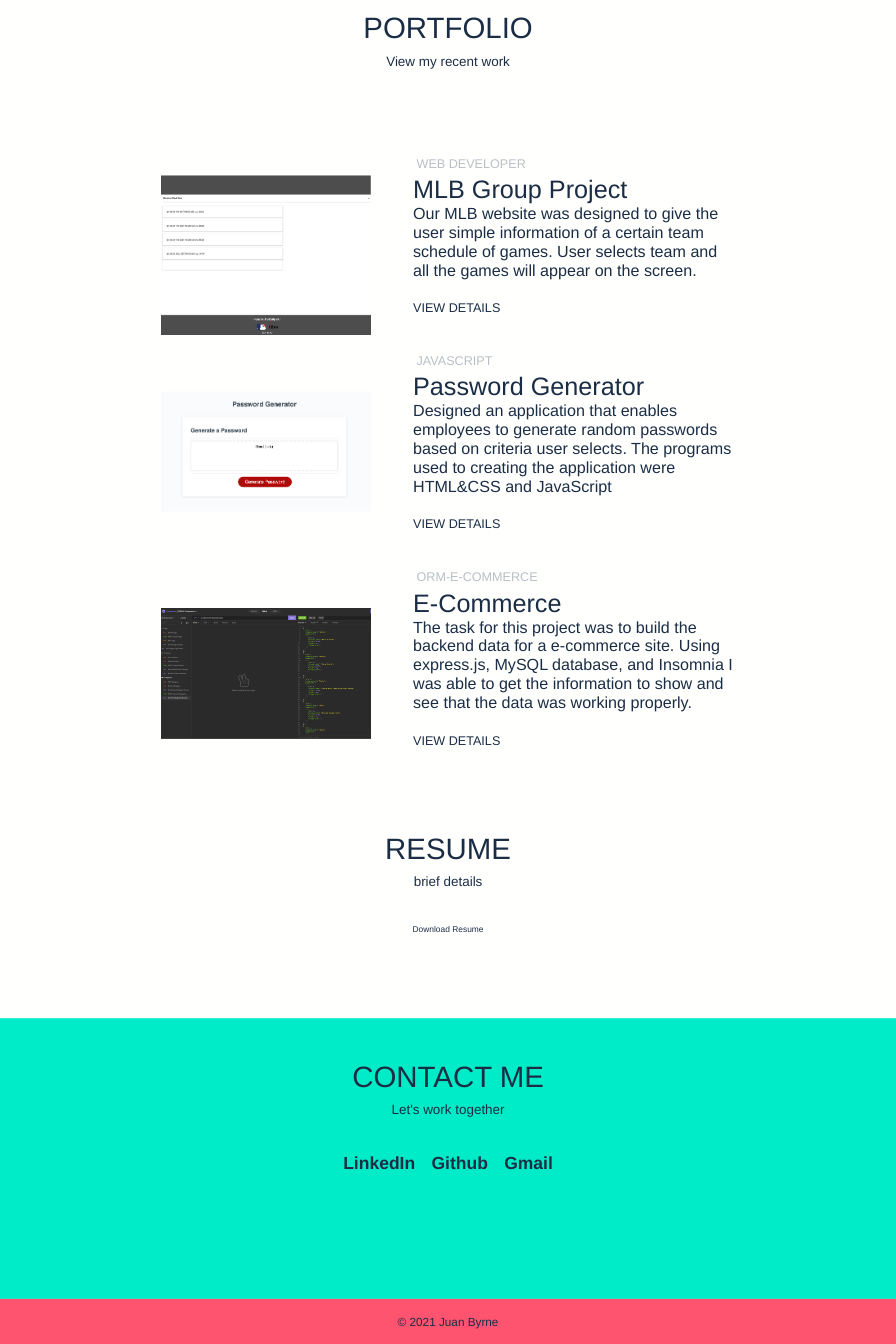
Repository: jb150524/JB-Portfolio
Page: index.html
The author's editor kept a copy of each file at every save. The page is drawn from the files as they stood at one save, then again after the next save.
The browser window is 1280 px wide. The pictures show the part of the page from y = 2342 to 4262 px (the page is 4265 px tall before and 4345 px after), at 70% of full size.
Some web libraries are served in a nearby version.

Above is the page before, as saved 2021-09-25 21:38:31.

### index.html
<!DOCTYPE html>
<!-- saved from url=(0053)file:///Users/jja/FullStack_HW/juanwebsite/index.html -->

    <html lang="en"><head><meta http-equiv="Content-Type" content="text/html; charset=UTF-8">

    <meta http-equiv="X-UA-Compatible" content="IE=edge">
    <meta name="viewport" content="width=device-width, initial-scale=1.0">

    <!-- CSS style sheet -->
    <link rel="stylesheet" href="style.css">

    <!-- adding icons  -->
    <script src="https://kit.fontawesome.com/11dfd97c40.js" crossorigin="anonymous"></script>

    <title>Juan's Portfolio</title>
    </head>

    <body>
      <header>
      <nav class="top-nav">
        <ul class="nav-list">
        <li>
        <a href="file:///Users/jja/FullStack_HW/juanwebsite/index.html">Home</a>
        <a href="file:///Users/jja/FullStack_HW/juanwebsite/index.html#about">About</a>
        <a href="file:///Users/jja/FullStack_HW/juanwebsite/index.html#portfolio">Portfolio</a>
        <a href="file:///Users/jja/FullStack_HW/juanwebsite/index.html#resume">Resume</a>
        <a href="file:///Users/jja/FullStack_HW/juanwebsite/index.html#contact">Contact</a>
        </li>
        </ul>
      </nav>

    <div class="main">
      <div class="landing-text">
        <h1>JuanByrne</h1>
        <h6>Graphic Designer and Full Stack Web Developer</h6>
      </div>
    </div>
    </header>

    <section class="about" id="about">
      <div class="container">
          <a class="about-details">
        <div class="about-heading">
          <h1>About</h1>
          <h6>Myself</h6>
        </div>
          <p>
          I'm a Graphic Designer trying to become a full stack developer. I am from Guadalajara, Mexico. I was born in Mexico, but at a young age I moved to the USA. One of my favorite hobbies is playing competative soccer. Playing soccer has taught me perseverance, how to be a team player, and most importantly how to lose. I currently live in Wayne, Pennsylvania, but have previously lived in Guadalajara, Mexico and Orange County, California. I want to become a web developer because I want to learn a skill that motivates me and pushes me to try new things. I am excited about web developing and want a career that gives me a spark, like I get when I play soccer, with competitiveness, passion, and the belief that I can succeed.
          </p>
          </a>
      </div>
    </section>

      <a class="about-details">
        <section class="experience" id="experience">
            <div class="container">
              <div class="section-heading">
                <h1>Experience</h1>
                <h6>What I can do for you</h6>
              </div>
          <div class="my-skills">
          <div class="skills" alt ="">
            <div class="icon-container">
              <i class="fas fa-layer-group"></i>
            </div>
            <h1>Graphic Designer</h1>
            <p>
            I'm a Graphic Designer with two years of experience working in the advertising industry. Possesses a high degree of competence using programs such as Adobe Photoshop, InDesign, Illustrator, and HTML & CSS.
            </p>
          </div>

        <div class="skills">
          <div class="icon-container">
            <i class="fas fa-laptop-code"></i>
          </div>
              <h1>Web Development</h1>
              <p>
              I'm a full stack developer. I have a strong understanding and concepts in web development: HTML5&CSS, JavaScript, jQuery, command lines, API consumption and much more.
              </p>
            </div>
          </div>
        </div>
      </section>
    </a>

      <section class="portfolio" id="portfolio"><a class="about-details"></a>
        <div class="container"><a class="about-details">
          <div class="section-heading">
            <h1>Portfolio</h1>
            <h6>View my recent work</h6>
            </a>
            </div>
          </div>
          <div class="portfolio-item"><a class="about-details">
            <div class="portfolio-img has-margin-right">
              <img src="images/MLB Site.png" alt="">
            </a>
            </div>
              <div class="portfolio-description"><a class="about-details">
              <h6>Web Developer</h6>
              <h1>MLB Group Project</h1>
              <p>
              Our MLB website was designed to give the user simple information of a certain team schedule of games. User selects team and all the games will appear on the screen.
              </p>
              </a>
            <a href="file:///Users/jja/FullStack_HW/juanwebsite/index.html#" class="cta"> View Details</a>
        </div>
      </div>
    <div>

     <div class="portfolio-item">
          <div class="portfolio-img has-margin-right">
            <img src="images/passGenerator.png" alt="">
            </div>
            <div class="portfolio-description">
            <h6>Javascript</h6>
            <h1>Password Generator</h1>
            <p>
            Designed an application that enables employees to generate random passwords based on criteria user selects. The programs used to creating the application were HTML&CSS and JavaScript
            </p>
            <a href="file:///Users/jja/FullStack_HW/juanwebsite/index.html#" class="cta"> View Details</a>
            </div>
        </div>

      <div>
          <div class="portfolio-item">
            <div class="portfolio-img has-margin-right">
              <img src="images/E-Commerce.png" alt="">
              </div>
              <div class="portfolio-description">
              <h6>ORM-E-Commerce</h6>
              <h1>E-Commerce</h1>
              <p>
              The task for this project was to build the backend data for a e-commerce site. Using express.js, MySQL database, and Insomnia I was able to get the information to show and see that the data was working properly.
              </p>
              <a href="file:///Users/jja/FullStack_HW/juanwebsite/index.html#" class="cta"> View Details</a>
            </div>
          </div>
      </div>
    </section>

    <section class="resume" id="resume">
      <div class="container">
        <div class="section-heading">
          <h1>Resume</h1>
          <h6>brief details</h6>
          <!-- <input type="button" value="Download!"> -->
          <a href="./images/FullStackDeveloper2021Resume.pdf" class="cta">Download Resume</a>
        </div>
      </div>

    <section class="contact" id="contact">
        <div class="container">
          <div class="section-heading">
          <h1>Contact Me</h1>
          <ul>
          <li>
          <h6>Let's work together</h6>
          <a href="https://www.linkedin.com/in/juan-byrne-43869ab7/">LinkedIn</a>
          <a href="https://github.com/jb150524">Github</a>
          <a href="file:///Users/jja/FullStack_HW/juanwebsite/juan1505@gmail.com">Gmail</a>
          </li>
          </ul>
        </div>
       </div>
    </section>

    <footer class="copyright">
      <p>© 2021 Juan Byrne</p>
    </footer>
  </section>


</body>
</html

### style.css
/* Start global*/

* {
    margin: 0;
    padding: 0;
    box-sizing: border-box;
}

html {
    font-size: 12px;
    font-family: Helvetica, sans-serif;
    /* color: rgb(255, 255, 255); */
}

body {
    width: 100%;
    height: 100%;
    background-color: #fffffe;
    background-size: cover;
}

section {
    padding: 60px 0;
}

h6 {
    color: #1b2d45;
    margin: 5px;
}

a {
    text-decoration: none;
    color: #1b2d45;
}

.cta {
    display: inline-block;
    paddin
}

p {
   font-size: 23px;
   font-weight: 300;
   color: #1b2d45;
}



img {
    max-width: 100%;
    height: auto;
}

.main {
    padding: 16px;
    margin-top: 30px;
    height: 1500px; /* Used in this example to enable scrolling */
  }

/* Start reusable*/

.container {
    width: 50%;
    max-width: 120rem;
    height: 100%;
    margin: 0 auto;
    position: relative;
}

.container-details p {
    font-size: 200px;
    padding: 35px;
}

.section-heading {
    text-align: center;
    margin-bottom: 10rem;
}

.section-heading h1 {
    font-family: major mono display, Helvetica, sans-serif;
    font-size: 3.5rem;
    color: #1b2d45;
    text-transform: uppercase;
    font-weight: 300;
    position: relative;
    margin-bottom: 1rem;
}

.section-heading h1::before,
.section-heading h1::after {
    content: "";
    position: absolute;
    bottom: -.5rem;
    left: 50%;
    transform: translateX(-59%);
    background: color #fff8e8;
}

.section-heading h1::before {
    width: 10rem;
    height: 3px;
    border-radius: .8rem;
}

.section-heading h1::after {
    height: 1.5rem;
    border-radius: .100%;
    bottom: 1rem;
}

.section-heading h6 {
    font-size: 1.6rem;
    font-weight: 300;
    margin-bottom: 50px;
}

.has-margin-right {
    margin-right: 5rem;
}
/* End reusable*/

/* Start header*/
header {
    width: 100%;
    height: 100vh;
}

.nav-list {
    z-index: 2;
    top: 0;
    background:#00ebc7;
    overflow: hidden;
    font-size: 35px;
    font-family: major mono display;
    margin: 0;
    padding: 20px;
    position: fixed;
    list-style: none;
    width: 100%;
    display: flex;
    justify-content: center;
    align-items: flex-start;
    text-decoration: none;
}

li {
    margin: 0;
    list-style: none;
}

.nav-link {
    font-family: Arial, Helvetica, sans-serif;
    font-size: 15px;
    padding: 5px;
}

.nav-link:hover,
.nav-ink:focus {
    background: linear-gradient(to top, #5725b3, #9e91e9 );
    -webkit-background-clip: text;
    -webkit-text-fill-color: transparent;

}

.landing-text{
    position: absolute;
    top: 50%;
    left: 50%;
    transform: translate(-50%, -50%);
    width: 100%;
    text-align: center;
    z-index: 1;
}

.landing-text h1 {
    font-size: 150px;
    font-family: major mono display, Helvetica, sans-serif, Helvetica, sans-serif;
    background: linear-gradient(to top, #110202, #000000 );
    -webkit-background-clip: text;
    -webkit-text-fill-color: transparent;
    padding: 1rem;
    user-select: none;

}

.landing-text h6 {
    font-size: 2rem;
    font-weight: 300;
}
/* End header*/

.about .container {
    display: flex;
    align-items: center;
    justify-content: center;
}

.about-heading {
    text-align: center;
    text-transform: uppercase;
    line-height: 10px;
    margin-bottom: 6rem;
}

.about-heading h1 {
    font-size: 10rem;
    opacity: .3;
    font-family: major mono display;
}

.about-heading h6 {
    font-size: 2rem;
    font-weight: 300;
}

/* .about-container p {
   font-size: 50px;
} */

.profile-img {
    max-width: 100%;
    display: inline-block;
}

/* Start services*/

.my-skills {
    display: grid;
    /* grid-template-columns: repeat(auto-fit, min max(25rem, 1fr)); */
    grid-gap: 2.5rem;
    text-align: center;
}

.skills p {
    padding: 15px 5px 5px 5px;
    text-align: left;
}

.skills h1 {
    text-transform: uppercase;
    letter-spacing: 2px;
    margin: 2rem -2px 2rem 0;
}

.icon-container {
    width: 10rem;
    height: 10rem;
    border: 2px solid #1b2d45;
    background-color: #00ebc7;
    margin-bottom: 2rem;
    display: inline-block;
}

.icon-container .fas {
    margin: 27px -35px 0px -36px;
}

.icon-container i {
    color:#1b2d45;
    font-size: 5rem;
    margin: auto;
}
/* End services*/

/* Start portfolio*/

.portfolio-item {
    display: flex;
    align-items: end;
    justify-content: center;
    flex-direction: row;
    flex-wrap: wrap;
    align-content: stretch;
    margin-bottom: 50px;

}
.portfolio-img {
    width: 300px;
    height: 200px;
    background-size: 100%;
}

.portfolio-item:last-child {
    margin: 0;
}

.portfolio-description {
    flex: .5;
    color: #1b2d45;

}

.portfolio-description h1 {
    font-size: 3rem;
    font-weight: 300;
    margin: 1px 0;
    display: contents;
}

.portfolio-description h6 {
    font-size: 1.5rem;
    text-transform: uppercase;
    font-weight: 300;
    opacity: 0.3;
}

.portfolio-description .cta {
    display: inline-block;
    margin-top: 2.5rem;
    font-size: 1.5rem;
    text-transform: uppercase;
    color: #1b2d45;
    transition: color 650ms;
}

.portfolio-description .cta:hover {
    color: #2f67cd;
}
/* End portfolio*/


/*Star contact*/

.contact {
    background-color:#00ebc7;
}

.contact a {
    font-weight: bold;
    margin: 10px;
    margin-top: 20px;
    padding: 15px 0;
    text-align: center;
    font-size: 25px;
}

/*End contact*/

/*Star footer*/

.copyright {
    width: 100%;
    text-align: center;
    background-color:#ff5470;
    padding: 2rem 0;
    position: absolute;
    display: block;
}

/* .up {
    position: absolute;
    width: 5rem;
    height: 5rem;
    background-color: burlywood;
    top: -2.5rem;
    right: 5rem;
    border-radius: 100%;
    display: flex;
    animation: pulse 2s infinite;
    cursor: pointer;
}

.up i {
    color: navy;
    font-size: 2rem;
    margin: auto;
} */

.copyright p {
    font-size: 1.4rem;
}
/*End footer*/

/*Start Button animation*/

@keyframes pulse {
    0%{
        box-shadow: 0 0 0 0 rgba(253, 87, 191, 0.99);
    }
    70%{
        box-shadow: 0 0 0 2rem rgba(253, 87, 191, 0);
    }
    100%{
        box-shadow: 0 0 0 0 rgba(253, 87, 191, 0);
    }
}
/*End Button animation*/

/*Start media queries*/

@media screen and (max-width: 768px) {
    body {
        background-color: #fffffe;
        background-size: cover;
    }

    .landing-text h1 {
        font-size: 70px;
    }

    .landing-text h6 {
        font-size: 1.7rem;
    }

    .nav-list {
        font-size: 15px;
    }

    li {
        margin: 2rem 0;
    }

    .nav-ink {
        font-size: 4.5rem;
    }

    .about-heading {
        font-size: 15px;
    }

    .section-heading h1 {
        font-size: 3rem;
    }

    .about-details .nav-list {
        flex-direction: initial;
    }

    .about-details li {
        font-size: 10px;
        margin: 0 2rem;
    }

@media screen and (max-width: 600px) {

    .landing-text h1 {
        font-size: 8rem;
    }

    .landing-text h6 {
        font-size: 1.4rem;
    }

    .nav-link {
        font-size: 3.5rem;
    }

    .profile-img {
        margin-top: 0 0 7rem 0;
    }

    .portfolio-item {
        flex-direction: column;
    }

    .portfolio-img {
        margin: 0 0 2rem 0;
        order: 1;
    }

    .portfolio-description {
        margin: 0;
        order: 2;
    }

    form {
        width: 100%;
    }

    .up {
        right: 2rem;
    }
}
/*End media queries*/

After the next save:
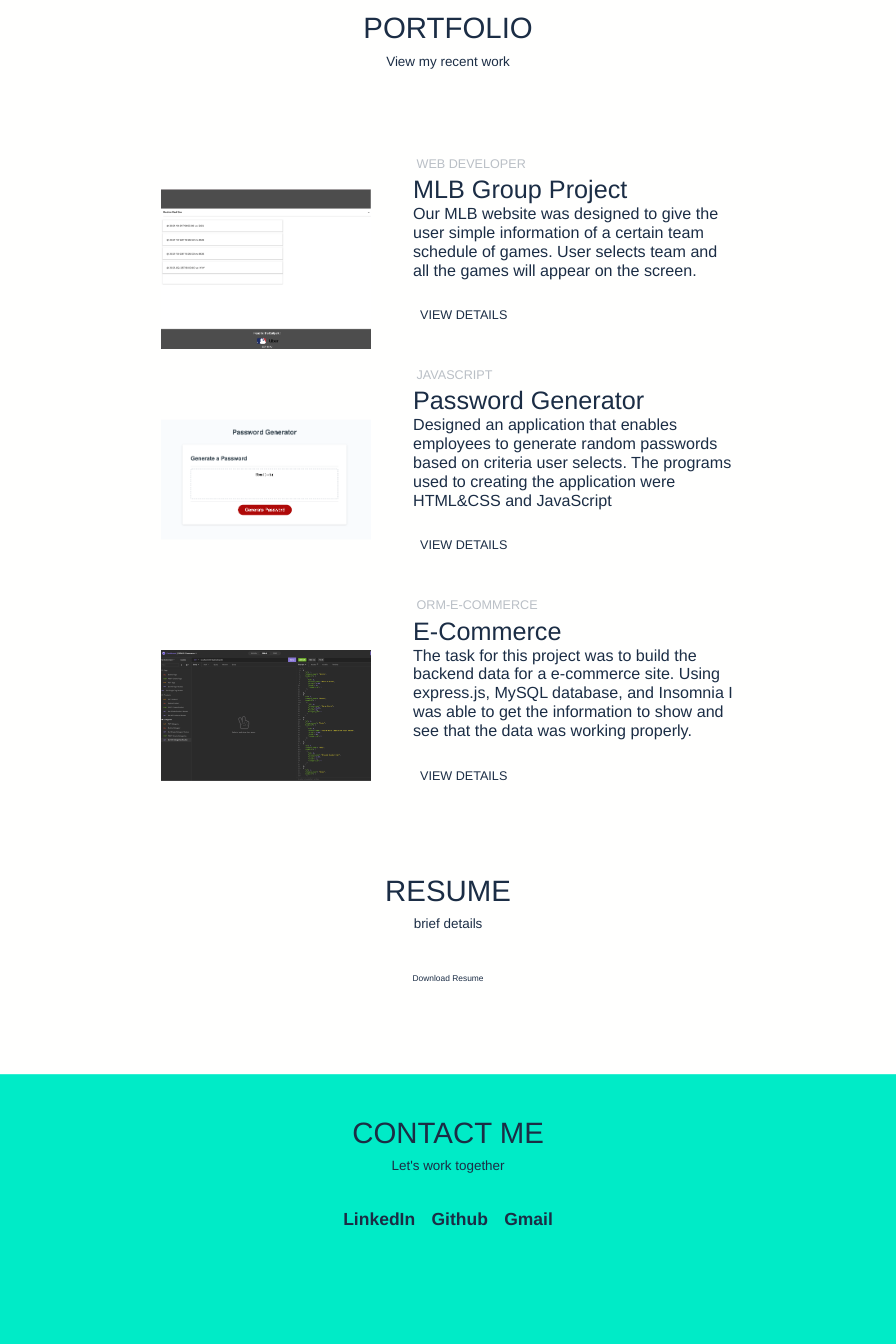
Saved 5 s later.
--- a/style.css
+++ b/style.css
@@ -35,7 +35,7 @@ a {
 
 .cta {
     display: inline-block;
-    paddin
+    padding: 10px;
 }
 
 p {
